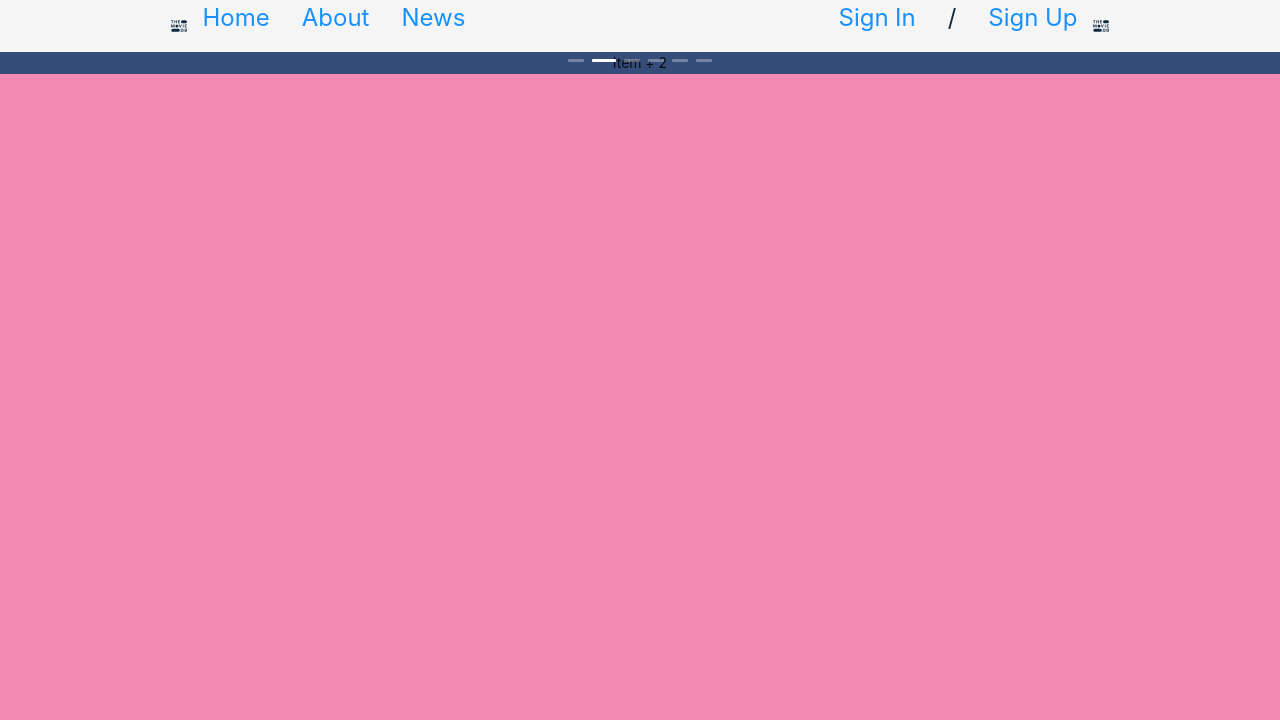
Repository: thaiduy1704/Movie
Page: /
These files come from the project's save history. The page is drawn as it stood at one moment and after a run of saves; the edit follows.
The browser window is 1280 px wide. The pictures show the whole page.
The project was rebuilt for these pictures with package versions that can differ from the ones it lists, and the page was loaded fresh each time. Also part of the build but not shown: src/pages/About.js, src/pages/News.js, src/pages/Error.js.

Above is the page before, as saved 2022-07-14 12:32:47.

After the next 3 saves:
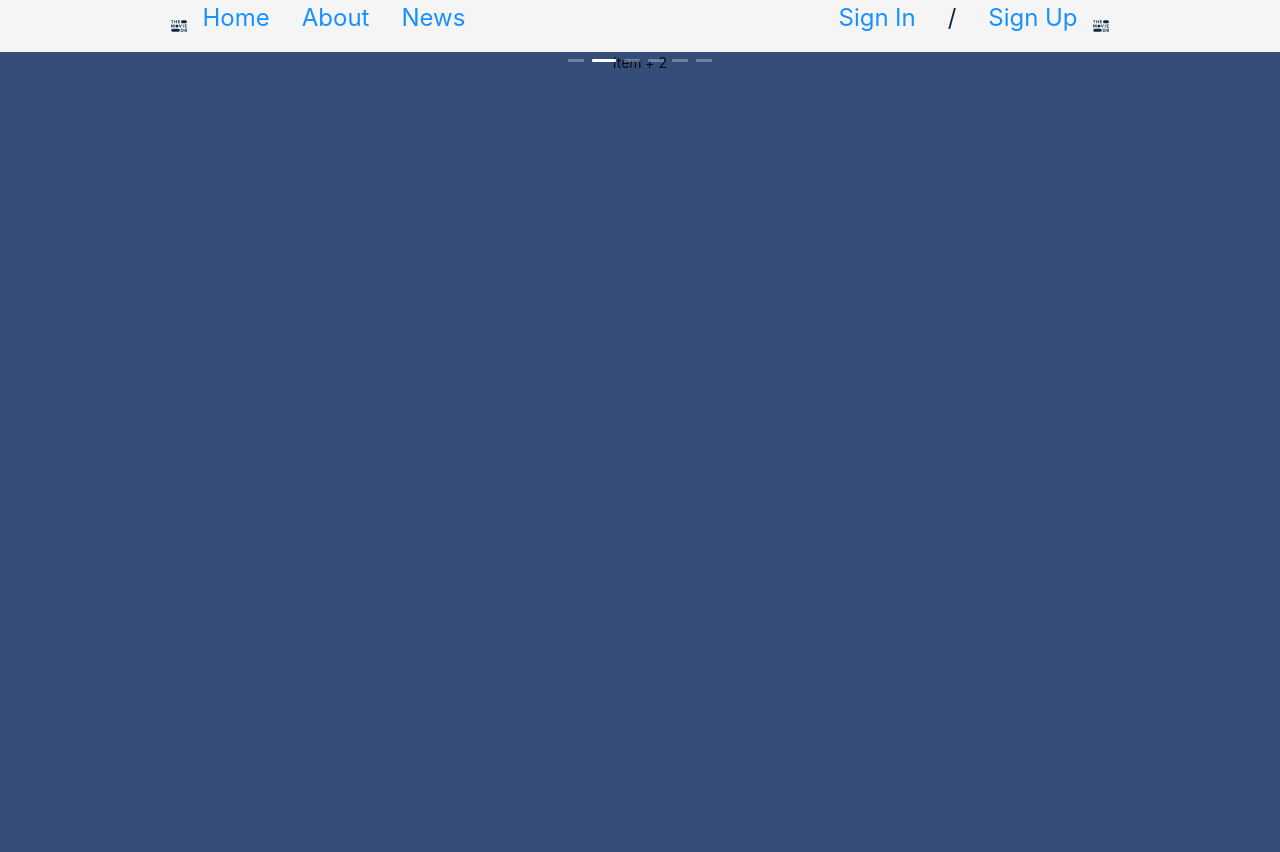
The 3 saves are shown as one change because they came seconds apart.
The last was saved 9 s later.
--- a/src/components/Carousel.js
+++ b/src/components/Carousel.js
@@ -25,8 +25,8 @@ const Carousel = () => {
     )
 }
 const Container = styled.div`
-    height: "800px";
-  color: "#fff";
+    height: 800px;
+  color: #fff;
   text-align:center;
   background : #364d79;
   background-position: center ;
